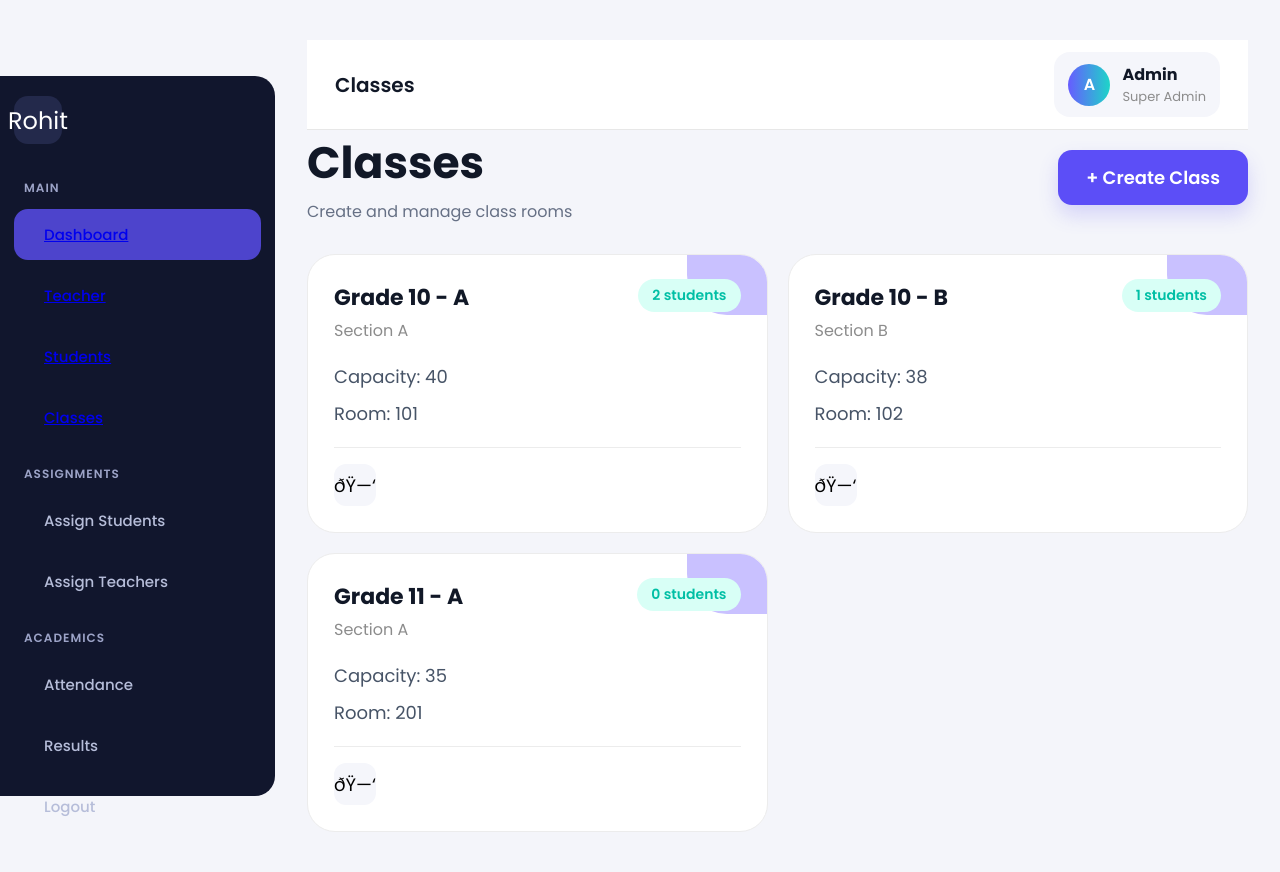
Repository: rohit-rk-07/school_management_system
Page: http://localhost/School_Management_System/classes.jsp
These files come from the project's save history. The page is drawn as it stood at one moment and after the next save; the edit follows.
The browser window is 1280 px wide. The pictures show the whole page.
The page is served by Tomcat 10.

Above is the page before, as saved 2026-05-19 12:15:15.
Console error: TypeError: Cannot read properties of null (reading 'addEventListener')

After the next save:
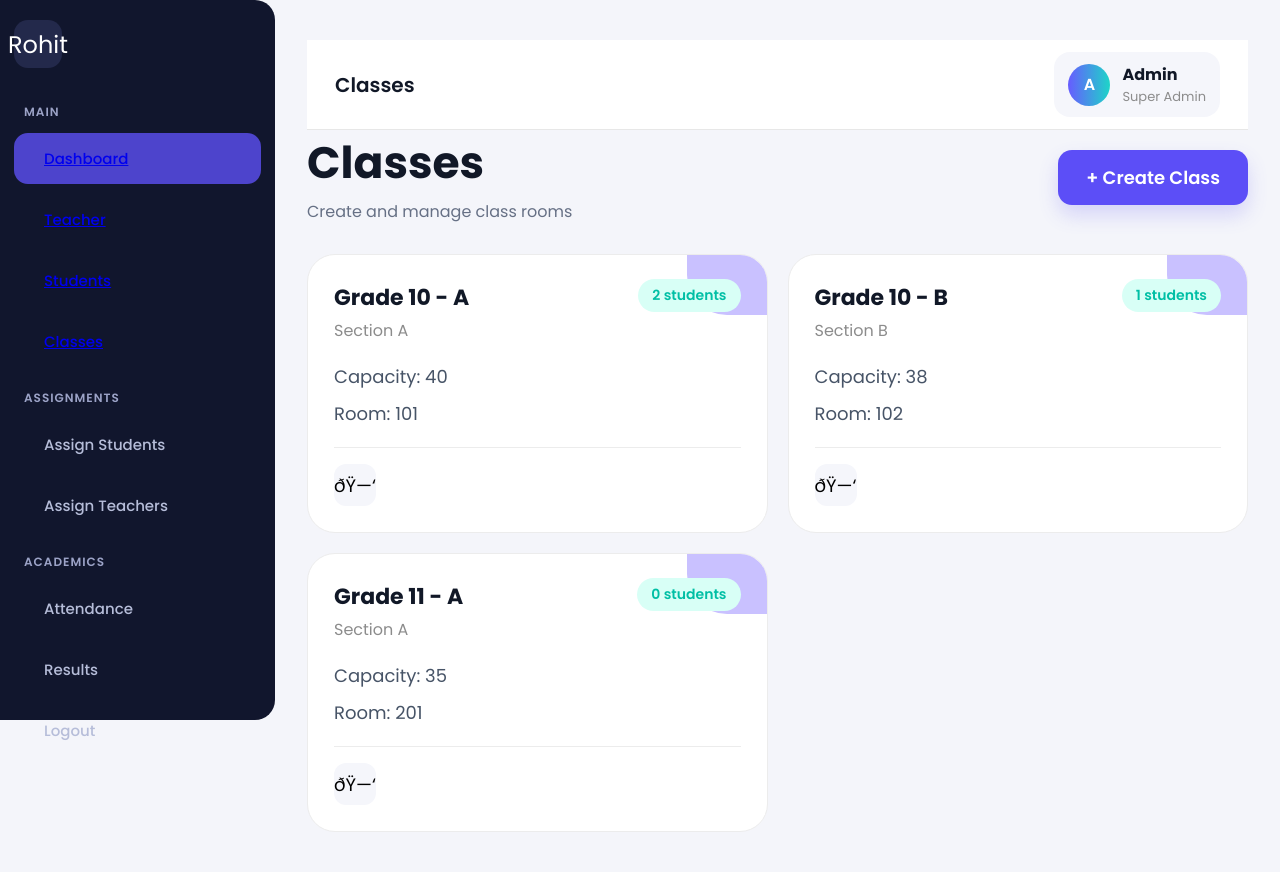
Saved 14 s later.
--- a/School_Management_System/src/main/webapp/classes.jsp
+++ b/School_Management_System/src/main/webapp/classes.jsp
@@ -28,7 +28,7 @@
             display: flex;
             flex-direction: row;
             justify-content: space-between;
-            align-items: center;
+            align-items: start;
 
         }
 
